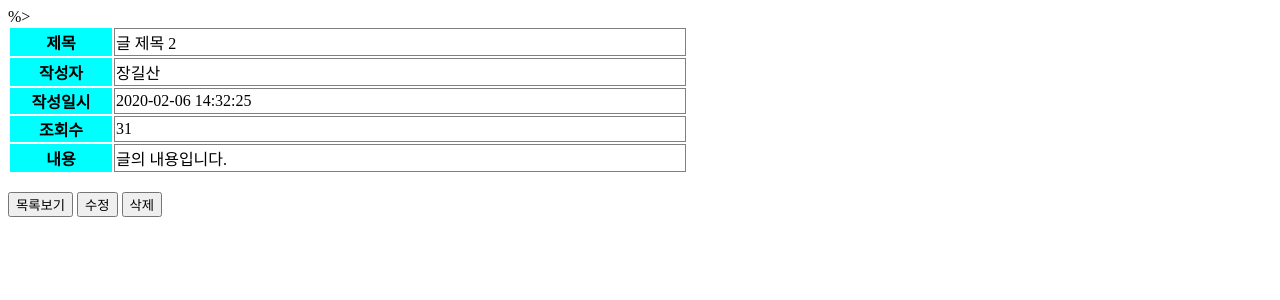
Repository: kdh2212/KDT_code
Page: http://localhost/20250807Web/boardUpdate.jsp?num=1
These files come from the project's save history. The page is drawn as it stood at one moment and after the next save; the edit follows.
The browser window is 1280 px wide. The pictures show the whole page.
The page is served by Tomcat 9.

Above is the page before, as saved 2025-08-07 07:27:53.

After the next save:
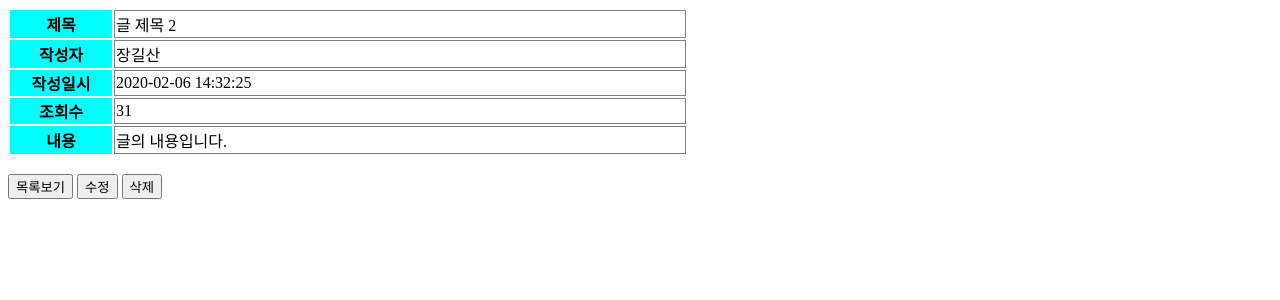
Saved 100 s later.
--- a/20250807Web/src/main/webapp/boardUpdate.jsp
+++ b/20250807Web/src/main/webapp/boardUpdate.jsp
@@ -14,7 +14,7 @@
 <body>
 
 
-%>
+
 <table>
     <tr>
         <th>제목</th>
